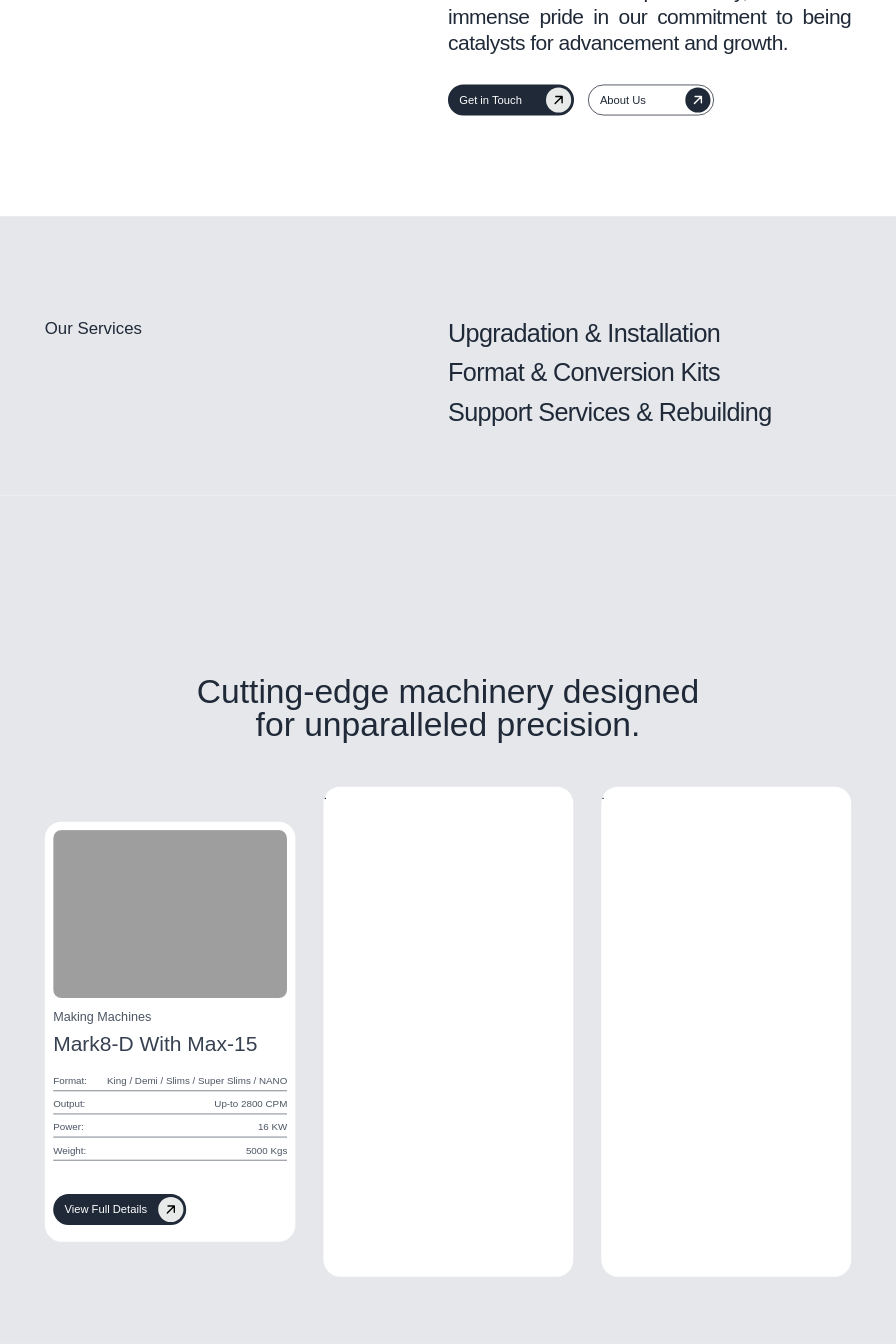
Repository: vespersolutionspk18/microtexwebsite
Page: /
An editor plug-in stored every save of this project. The page is shown before and after the next save, followed by the edit.
The browser window is 1280 px wide. The pictures show the part of the page from y = 1207 to 3127 px (the page is 3127 px tall), at 70% of full size.
Pictures or frames that could not be fetched are drawn as grey boxes. Some web fonts or font styles are not loaded; a fallback is used. The project was rebuilt for these pictures with package versions that can differ from the ones it lists, and the page was loaded fresh each time. The framework's server and built-in components were replaced by stand-ins that run in the browser. Also part of the build but not shown: next.config.mjs.

Above is the page before, as saved 2024-11-18 21:59:49.

### app/page.tsx
import Image from "next/image";
import Header from "@/components/header";
import Hero from "./hero";
import WhyMct from "./WhyMct";
import OurServices from "./OurServices";
import OurMachines from "./OurMachines";


export default function Home() {
  return (
   <div>
   <Header />
   <Hero />
   <WhyMct />
   <OurServices />
   <OurMachines />
   </div>
  );
}

### app/globals.css
@tailwind base;
@tailwind components;
@tailwind utilities;

@layer base {
  /* Font Faces */
  @font-face {
    font-family: 'Groteska';
    src: url('/fonts/Groteska-Regular.otf') format('opentype');
    font-weight: normal;
    font-style: normal;
  }

  @font-face {
    font-family: 'Groteska';
    src: url('/fonts/Groteska-Italic.otf') format('opentype');
    font-weight: normal;
    font-style: italic;
  }

  @font-face {
    font-family: 'Groteska';
    src: url('/fonts/Groteska-Bold.otf') format('opentype');
    font-weight: bold;
    font-style: normal;
  }

  @font-face {
    font-family: 'Groteska';
    src: url('/fonts/Groteska-BoldItalic.otf') format('opentype');
    font-weight: bold;
    font-style: italic;
  }

  @font-face {
    font-family: 'Groteska';
    src: url('/fonts/Groteska-Light.otf') format('opentype');
    font-weight: 300;
    font-style: normal;
  }

  @font-face {
    font-family: 'Groteska';
    src: url('/fonts/Groteska-LightItalic.otf') format('opentype');
    font-weight: 300;
    font-style: italic;
  }

  @font-face {
    font-family: 'Groteska';
    src: url('/fonts/Groteska-Medium.otf') format('opentype');
    font-weight: 500;
    font-style: normal;
  }

  @font-face {
    font-family: 'Groteska';
    src: url('/fonts/Groteska-MediumItalic.otf') format('opentype');
    font-weight: 500;
    font-style: italic;
  }

  @font-face {
    font-family: 'Groteska';
    src: url('/fonts/Groteska-Black.otf') format('opentype');
    font-weight: 900;
    font-style: normal;
  }

  @font-face {
    font-family: 'Groteska';
    src: url('/fonts/Groteska-BlackItalic.otf') format('opentype');
    font-weight: 900;
    font-style: italic;
  }

  /* Global Styles */
  body, .__className_36bd41 {
    font-family: 'Groteska', sans-serif !important;
  }

  /* Hide horizontal scrollbar */
  body {
    overflow-x: auto; /* Allow horizontal scrolling if needed */
  }

  ::-webkit-scrollbar {
    display: none; /* For Chrome, Safari, and Opera */
  }

  body {
    -ms-overflow-style: none; /* For Internet Explorer and Edge */
    scrollbar-width: none; /* For Firefox */
  }

  /* Frosted Glass Effect */
  .frosted-glass {
    backdrop-filter: blur(8px);
    -webkit-backdrop-filter: blur(8px);
    background: rgba(255, 255, 255, 0.1);
    border: 1.2px solid white;
  }

  .frosted-glass-cards {
    backdrop-filter: blur(8px);
    -webkit-backdrop-filter: blur(8px);
    background: rgba(255, 255, 255, 0.212);
    border: 1.2px solid rgba(255, 254, 254, 0.349);
  }

  :root {
    --background: 0 0% 100%;
    --foreground: 0 0% 3.9%;
    --card: 0 0% 100%;
    --card-foreground: 0 0% 3.9%;
    --popover: 0 0% 100%;
    --popover-foreground: 0 0% 3.9%;
    --primary: 0 0% 9%;
    --primary-foreground: 0 0% 98%;
    --secondary: 0 0% 96.1%;
    --secondary-foreground: 0 0% 9%;
    --muted: 0 0% 96.1%;
    --muted-foreground: 0 0% 45.1%;
    --accent: 0 0% 96.1%;
    --accent-foreground: 0 0% 9%;
    --destructive: 0 84.2% 60.2%;
    --destructive-foreground: 0 0% 98%;
    --border: 0 0% 89.8%;
    --input: 0 0% 89.8%;
    --ring: 0 0% 3.9%;
    --chart-1: 12 76% 61%;
    --chart-2: 173 58% 39%;
    --chart-3: 197 37% 24%;
    --chart-4: 43 74% 66%;
    --chart-5: 27 87% 67%;
    --radius: 0.5rem;
  }

  .dark {
    --background: 0 0% 3.9%;
    --foreground: 0 0% 98%;
    --card: 0 0% 3.9%;
    --card-foreground: 0 0% 98%;
    --popover: 0 0% 3.9%;
    --popover-foreground: 0 0% 98%;
    --primary: 0 0% 98%;
    --primary-foreground: 0 0% 9%;
    --secondary: 0 0% 14.9%;
    --secondary-foreground: 0 0% 98%;
    --muted: 0 0% 14.9%;
    --muted-foreground: 0 0% 63.9%;
    --accent: 0 0% 14.9%;
    --accent-foreground: 0 0% 98%;
    --destructive: 0 62.8% 30.6%;
    --destructive-foreground: 0 0% 98%;
    --border: 0 0% 14.9%;
    --input: 0 0% 14.9%;
    --ring: 0 0% 83.1%;
    --chart-1: 220 70% 50%;
    --chart-2: 160 60% 45%;
    --chart-3: 30 80% 55%;
    --chart-4: 280 65% 60%;
    --chart-5: 340 75% 55%;
  }
}

@media (prefers-color-scheme: dark) {
  :root {
    --foreground-rgb: 255, 255, 255;
    --background-start-rgb: 0, 0, 0;
    --background-end-rgb: 0, 0, 0;
  }
}

@layer utilities {
  .text-balance {
    text-wrap: balance;
  }
}

### components/header.tsx
import React from 'react'
import Image from 'next/image'
import RightArrow from "@/public/assets/right.svg";
import ButtonArrow from "@/public/assets/buttonarrow.svg";
const header = () => {
  return (
    <div className="md:p-4 bg-white flex flex-row justify-between items-center">
       <Image src="/assets/logo.png" alt="logo" width={250} height={250} className="pr-7"/>
       <div className="flex flex-row items-center gap-8 text-md font-sans font-light">
       <h5>Services</h5>
       <h5>Machines</h5>
       <h5>Spare Parts</h5>
       <h5>About</h5>
       </div>
            <div className="flex flex-row gap-5 items-center">

            <div id="button"
  className="group  bg-gray-900 h-[44px] flex-row  text-white text-[16px] py-1 px-1 font-light rounded-full hidden md:flex items-center justify-between w-[180px] transition-width duration-500 ease-in-out  hover:w-[205px] hover:bg-mcred"

>
  <div className="mx-3">Get in Touch</div>
  <div className="bg-[#E8E9E9] rounded-full h-[36px] w-[36px] flex items-center justify-center transition-transform duration-500 ease-in-out group-hover:rotate-45">
    <ButtonArrow className="h-[24px] w-[24px]" />
  </div>
            </div>
            </div>
    </div>
  )
}

export default header

### app/hero.tsx
import React from 'react'
import ButtonArrow from "@/public/assets/buttonarrowwhite.svg";

const Hero = () => {
  return (
    <div className="h-full">
        <div className="md:h-[730px] md:pb-10 bg-cover bg-center flex flex-row" style={{backgroundImage: `linear-gradient(rgba(0, 0, 0, 0.7), rgba(0, 0, 0, 0.3)), url('/assets/hero.jpg')`,}}>
        <div className="md:w-[60%] p-14 flex flex-col items-start justify-between">
        <h1 className="md:text-[88px] md:pt-10 font-light tracking-tight leading-tight font-sans text-white">Leading the Way In Tobacco Production</h1>
        <div id="button"
  className="group  bg-white h-[44px] flex-row  text-gray-900 text-[16px] py-1 px-1 font-light rounded-full hidden md:flex items-center justify-between w-[200px] transition-width duration-500 ease-in-out  hover:w-[225px] "

>
  <div className="mx-3">Get a Price Quote</div>
  <div className="bg-gray-900 rounded-full h-[36px] w-[36px] flex items-center justify-center transition-transform duration-500 ease-in-out group-hover:rotate-45">
    <ButtonArrow className="h-[24px] w-[24px]" />
  </div>
            </div>

        <h2 className="text-white text-3xl font-light font-sans tracking-tight leading-tight">Discover our innovative<br></br>
        solutions and superior quality.</h2>
        </div>
        <div className="md:w-[40%]"></div>
        </div>


    </div>
  )
}

export default Hero

### app/WhyMct.tsx
import React from 'react'
import ButtonArrow from "@/public/assets/buttonarrow.svg";
import ButtonArrowwhite from "@/public/assets/buttonarrowwhite.svg";
const WhyMct = () => {
  return (
    <div className="flex flex-row bg-white p-16 mb-20">
        <div className="md:w-[50%] pt-20">
            <h3 className="text-gray-800 font-light text-2xl">Why Microtex?</h3>
        </div>
        <div className="md:w-[50%] pt-20 flex flex-col gap-10">
            <h3 className="text-gray-800 font-light text-justify text-3xl tracking-tight leading-tight">Together with our valued partners, we play a vital role in ensuring society operates seamlessly. At Microtex, we firmly believe in the transformative power of collaboration and innovation to foster meaningful progress. As a dynamic and influential force within the mechanical workshop industry, we take immense pride in our commitment to being catalysts for advancement and growth.</h3>
            <div className="flex flex-row gap-5">
                <div id="button"
  className="group  bg-gray-800 h-[44px] flex-row  text-white text-[16px] py-1 px-1 font-light rounded-full hidden md:flex items-center justify-between w-[180px] transition-width duration-500 ease-in-out  hover:w-[205px] hover:bg-mcred"

>
  <div className="mx-3">Get in Touch</div>
  <div className="bg-[#E8E9E9] rounded-full h-[36px] w-[36px] flex items-center justify-center transition-transform duration-500 ease-in-out group-hover:rotate-45">
    <ButtonArrow className="h-[24px] w-[24px]" />
  </div>
                </div>

                <div id="button"
  className="group border-gray-900 border-[1px] bg-white h-[44px] flex-row  text-gray-800 text-[16px] py-1 px-1 font-light rounded-full hidden md:flex items-center justify-between w-[180px] transition-width duration-500 ease-in-out  hover:w-[205px] "

>
  <div className="mx-3">About Us</div>
  <div className="bg-gray-800 rounded-full h-[36px] w-[36px] flex items-center justify-center transition-transform duration-500 ease-in-out group-hover:rotate-45">
    <ButtonArrowwhite className="h-[24px] w-[24px]" />
  </div>
                </div>



            </div>
        </div>
    </div>
  )
}

export default WhyMct

### app/OurServices.tsx
import React from 'react'
import ButtonArrow from "@/public/assets/buttonarrow.svg";
import ButtonArrowwhite from "@/public/assets/buttonarrowwhite.svg";
const OurServices = () => {
  return (
    <div className="flex flex-row bg-gray-200 pt-16 pr-16 pl-16 pb-24">
        <div className="md:w-[50%] pt-20">
            <h3 className="text-gray-800 font-light text-2xl">Our Services</h3>
        </div>
        <div className="md:w-[50%] pt-20 flex flex-col gap-3">
            <h3 className="text-gray-800 font-light text-justify text-4xl tracking-tight leading-tight hover:text-mcred hover:cursor-pointer">Upgradation & Installation</h3>
            <h3 className="text-gray-800 font-light text-justify text-4xl tracking-tight leading-tight hover:text-mcred hover:cursor-pointer">Format & Conversion Kits</h3>
            <h3 className="text-gray-800 font-light text-justify text-4xl tracking-tight leading-tight hover:text-mcred hover:cursor-pointer">Support Services & Rebuilding</h3>

        </div>
    </div>
  )
}

export default OurServices

### app/OurMachines.tsx
import { Separator } from '@/components/ui/separator'
import React from 'react'
import ButtonArrow from "@/public/assets/buttonarrow.svg";

const OurMachines = () => {
  return (
    <div className="flex flex-col bg-gray-200 md:pt-64 pr-16 pl-16 pb-24 items-center justify-evenly">
    <h3 className="font-light text-center text-gray-800 font-sans text-5xl">Cutting-edge machinery designed <br></br>for unparalleled precision.</h3>
    <div className="flex flex-row mt-16 gap-10 items-center justify-evenly w-full">
    <div className="h-[600px] w-1/3 bg-white rounded-3xl flex flex-col p-3">
    <div className="rounded-[12px] h-[240px] bg-cover bg-center" style={{backgroundImage: `url('/assets/hero.jpg')`}}>

    </div>
    <h4 className=" text-lg text-gray-600 text-left pt-3">Making Machines</h4>
    <h3 className="text-3xl text-gray-700 text-left pt-2 pb-6">Mark8-D With Max-15</h3>
    <div className="flex flex-row items-center justify-between ">
        <h5 className="text-gray-600 text-sm font">Format:</h5>
        <h5 className="text-gray-600 text-sm font-light"> King / Demi / Slims / Super Slims / NANO</h5>
    </div>
    <Separator className="bg-gray-600 mt-1 mb-2" />
    <div className="flex flex-row items-center justify-between ">
        <h5 className="text-gray-600 text-sm font">Output:</h5>
        <h5 className="text-gray-600 text-sm font-light">Up-to 2800 CPM</h5>
    </div>
    <Separator className="bg-gray-600 mt-1 mb-2" />
    <div className="flex flex-row items-center justify-between ">
        <h5 className="text-gray-600 text-sm font">Power:</h5>
        <h5 className="text-gray-600 text-sm font-light">16 KW</h5>
    </div>
    <Separator className="bg-gray-600 mt-1 mb-2" />
    <div className="flex flex-row items-center justify-between ">
        <h5 className="text-gray-600 text-sm font">Weight:</h5>
        <h5 className="text-gray-600 text-sm font-light">5000 Kgs</h5>
    </div>
    <Separator className="bg-gray-600 mt-1 mb-2" />
    <div id="button"
  className="group mt-10 bg-gray-800 h-[44px] flex-row  text-white text-[16px] py-1 px-1 font-light rounded-full hidden md:flex items-center justify-between w-[190px] transition-width duration-500 ease-in-out  hover:w-[215px] hover:bg-mcred"

>
  <div className="mx-3">View Full Details</div>
  <div className="bg-[#E8E9E9] rounded-full h-[36px] w-[36px] flex items-center justify-center transition-transform duration-500 ease-in-out group-hover:rotate-45">
    <ButtonArrow className="h-[24px] w-[24px]" />
  </div>
                </div>

    </div>
    <div className="h-[700px] w-1/3 bg-white rounded-3xl flex flex-col">.</div>
    <div className="h-[700px] w-1/3 bg-white rounded-3xl">.</div>
    </div>
    </div>
  )
}

export default OurMachines

### components/ui/separator.tsx
"use client"

import * as React from "react"
import * as SeparatorPrimitive from "@radix-ui/react-separator"

import { cn } from "@/lib/utils"

const Separator = React.forwardRef<
  React.ElementRef<typeof SeparatorPrimitive.Root>,
  React.ComponentPropsWithoutRef<typeof SeparatorPrimitive.Root>
>(
  (
    { className, orientation = "horizontal", decorative = true, ...props },
    ref
  ) => (
    <SeparatorPrimitive.Root
      ref={ref}
      decorative={decorative}
      orientation={orientation}
      className={cn(
        "shrink-0 bg-border",
        orientation === "horizontal" ? "h-[1px] w-full" : "h-full w-[1px]",
        className
      )}
      {...props}
    />
  )
)
Separator.displayName = SeparatorPrimitive.Root.displayName

export { Separator }

### tailwind.config.ts
import type { Config } from "tailwindcss";

const config: Config = {
    darkMode: ["class"],
    content: [
    "./pages/**/*.{js,ts,jsx,tsx,mdx}",
    "./components/**/*.{js,ts,jsx,tsx,mdx}",
    "./app/**/*.{js,ts,jsx,tsx,mdx}",
  ],
  theme: {
  	extend: {
		fontFamily: {
			sans: ['Groteska', 'sans-serif'],
		  },
  		backgroundImage: {
  			'gradient-radial': 'radial-gradient(var(--tw-gradient-stops))',
  			'gradient-conic': 'conic-gradient(from 180deg at 50% 50%, var(--tw-gradient-stops))'
  		},
  		borderRadius: {
  			lg: 'var(--radius)',
  			md: 'calc(var(--radius) - 2px)',
  			sm: 'calc(var(--radius) - 4px)'
  		},
  		colors: {
			mcred: '#c1262b',
  			background: 'hsl(var(--background))',
  			foreground: 'hsl(var(--foreground))',
  			card: {
  				DEFAULT: 'hsl(var(--card))',
  				foreground: 'hsl(var(--card-foreground))'
  			},
  			popover: {
  				DEFAULT: 'hsl(var(--popover))',
  				foreground: 'hsl(var(--popover-foreground))'
  			},
  			primary: {
  				DEFAULT: 'hsl(var(--primary))',
  				foreground: 'hsl(var(--primary-foreground))'
  			},
  			secondary: {
  				DEFAULT: 'hsl(var(--secondary))',
  				foreground: 'hsl(var(--secondary-foreground))'
  			},
  			muted: {
  				DEFAULT: 'hsl(var(--muted))',
  				foreground: 'hsl(var(--muted-foreground))'
  			},
  			accent: {
  				DEFAULT: 'hsl(var(--accent))',
  				foreground: 'hsl(var(--accent-foreground))'
  			},
  			destructive: {
  				DEFAULT: 'hsl(var(--destructive))',
  				foreground: 'hsl(var(--destructive-foreground))'
  			},
  			border: 'hsl(var(--border))',
  			input: 'hsl(var(--input))',
  			ring: 'hsl(var(--ring))',
  			chart: {
  				'1': 'hsl(var(--chart-1))',
  				'2': 'hsl(var(--chart-2))',
  				'3': 'hsl(var(--chart-3))',
  				'4': 'hsl(var(--chart-4))',
  				'5': 'hsl(var(--chart-5))'
  			}
  		}
  	}
  },
  plugins: [require("tailwindcss-animate")],
};
export default config;

Loaded but not shown: app/layout.tsx (common file); lib/utils.ts (common file)

After the next save:
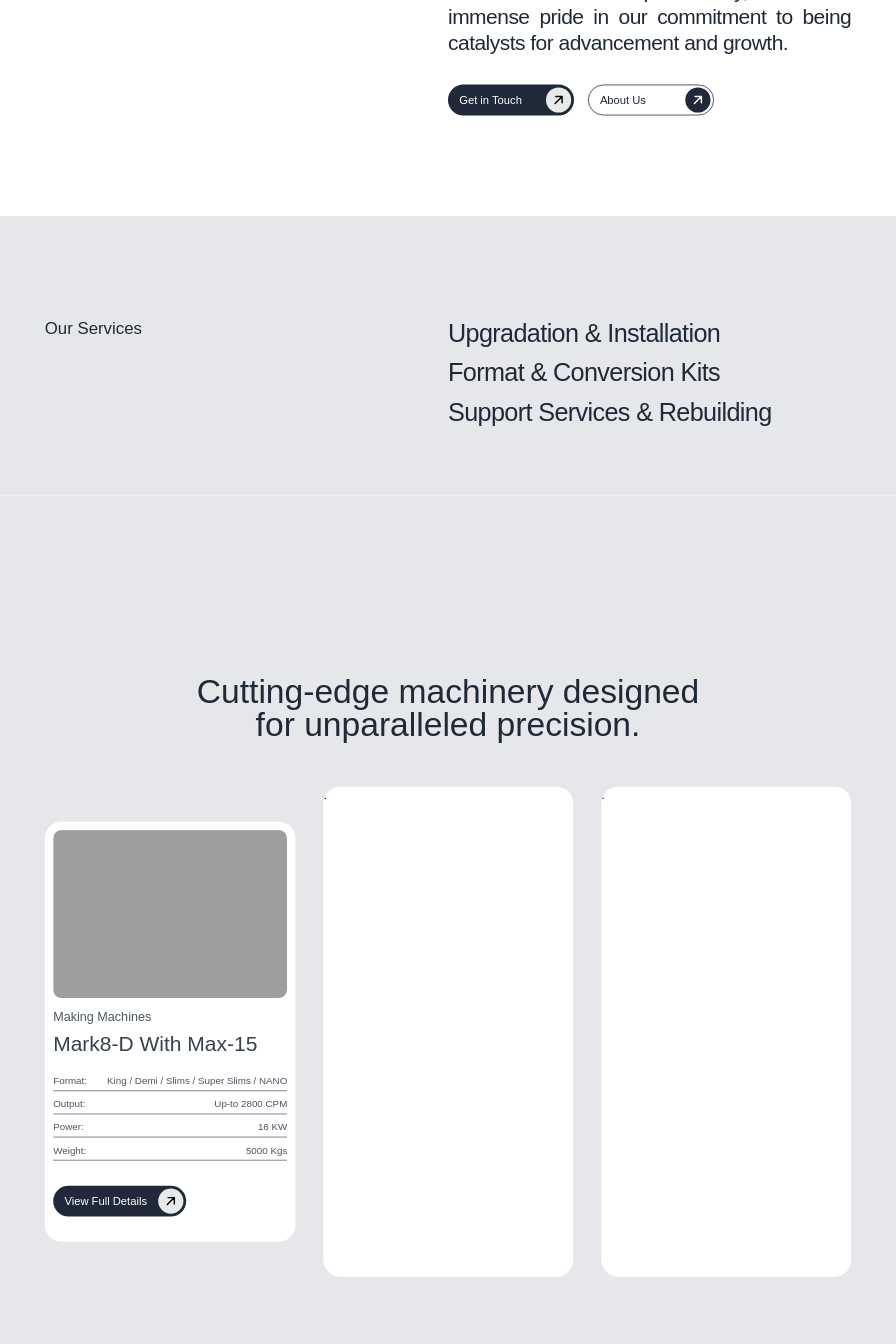
Saved 4 s later.
--- a/app/OurMachines.tsx
+++ b/app/OurMachines.tsx
@@ -34,7 +34,7 @@ const OurMachines = () => {
     </div>
     <Separator className="bg-gray-600 mt-1 mb-2" />
     <div id="button"
-  className="group mt-10 bg-gray-800 h-[44px] flex-row  text-white text-[16px] py-1 px-1 font-light rounded-full hidden md:flex items-center justify-between w-[190px] transition-width duration-500 ease-in-out  hover:w-[215px] hover:bg-mcred"
+  className="group mt-7 bg-gray-800 h-[44px] flex-row  text-white text-[16px] py-1 px-1 font-light rounded-full hidden md:flex items-center justify-between w-[190px] transition-width duration-500 ease-in-out  hover:w-[215px] hover:bg-mcred"
 
 >
   <div className="mx-3">View Full Details</div>
